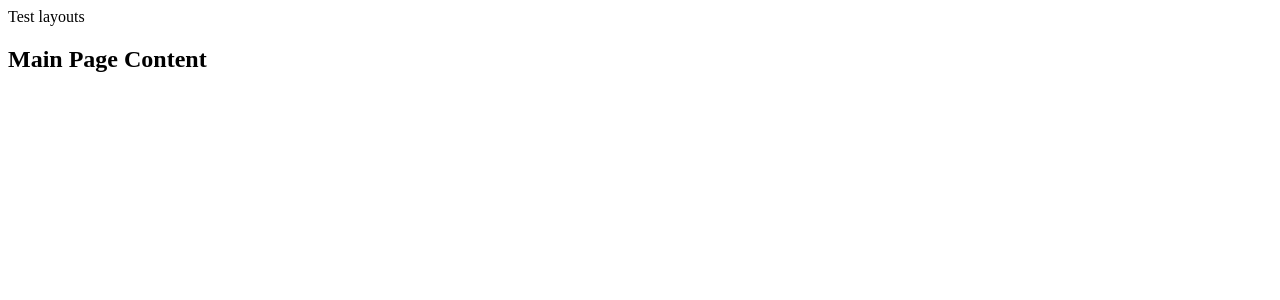
Repository: boombosha/QTIM
Page: /
An editor plug-in stored every save of this project. The page is shown before and after the next save, followed by the edit.
The browser window is 1280 px wide. The pictures show the whole page.
The project was rebuilt for these pictures with package versions that can differ from the ones it lists, and the page was loaded fresh each time. The framework's server and built-in components were replaced by stand-ins that run in the browser. Also part of the build but not shown: nuxt.config.ts.

Above is the page before, as saved 2025-07-22 16:18:00.

### src/layouts/default.vue
<template>
  <div>
    <div>Test layouts</div>
    <Header />
    <slot />
    <Footer />

  </div>
</template>

<script setup>
</script>

### src/app.vue
<template>
  <div>
    <Html lang="en">

    <Head>
      <Title>QTIM11</Title>
      <Meta name="description" content="QTIM Page" />
      <Link rel="icon" href="/favicon.ico" />
    </Head>

    </Html>
    <NuxtLayout>
      <NuxtPage />
    </NuxtLayout>
  </div>
</template>

### src/pages/index.vue
<template>
  <div>
    <h2>Main Page Content</h2>
  </div>
</template>

<script setup>
definePageMeta({
  layout: 'default'
})
</script>

After the next save:
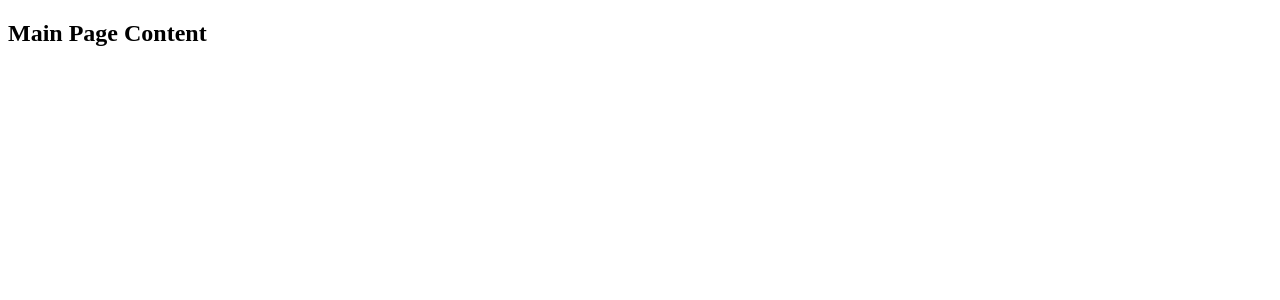
Saved 6 min 14 s later.
--- a/src/layouts/default.vue
+++ b/src/layouts/default.vue
@@ -1,10 +1,8 @@
 <template>
   <div>
-    <div>Test layouts</div>
     <Header />
     <slot />
     <Footer />
-
   </div>
 </template>
 
